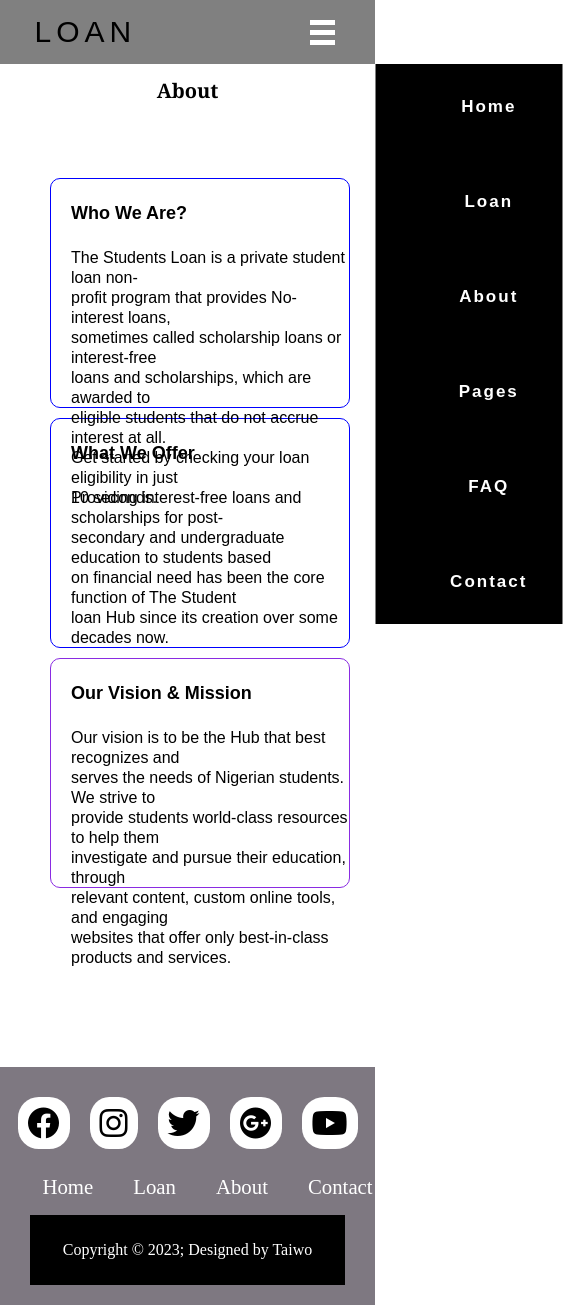
Repository: Tobby004/basic-loanweb
Page: about.html
These files come from the project's save history. The page is drawn as it stood at one moment and after the next save; the edit follows.
The browser window is 375 px wide. The page is 563 px wide, so the pictures cover 563 px, including what lies to the right of the window. The pictures show the whole page.

Above is the page before, as saved 2023-07-06 14:15:25.

After the next save:
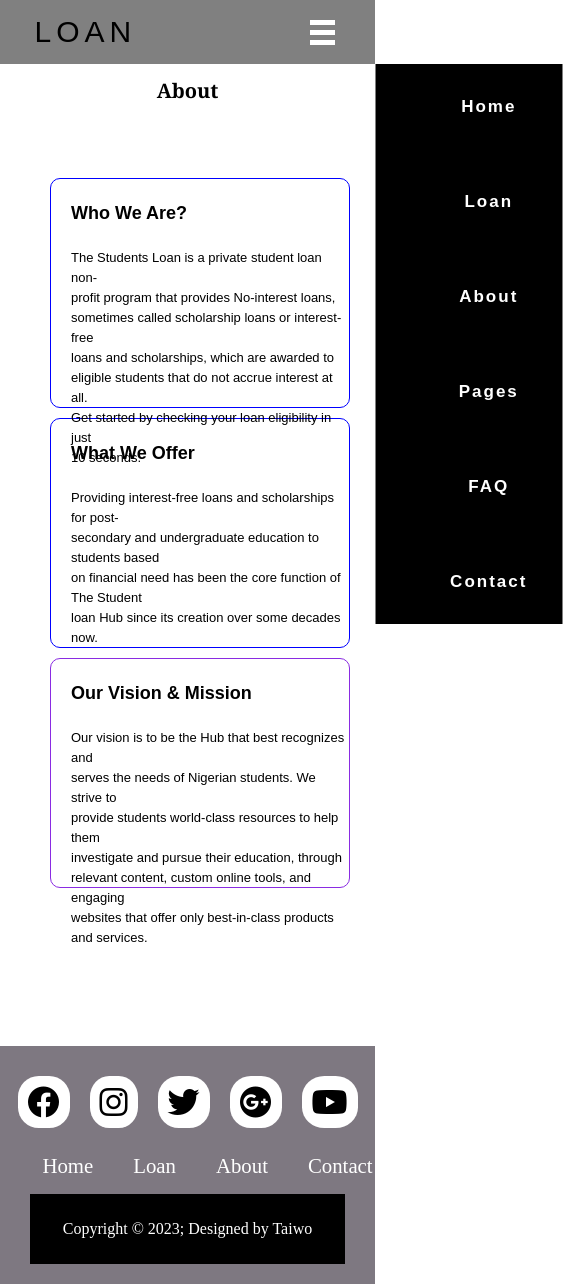
Saved 78 s later.
--- a/about.css
+++ b/about.css
@@ -211,7 +211,7 @@ h1 {
       font-size: 18px;
       }
       .container p {
-      font-size: 16px;
+      font-size: 13px;
       font-family: sans-serif;
       line-height: 20px;
    }
